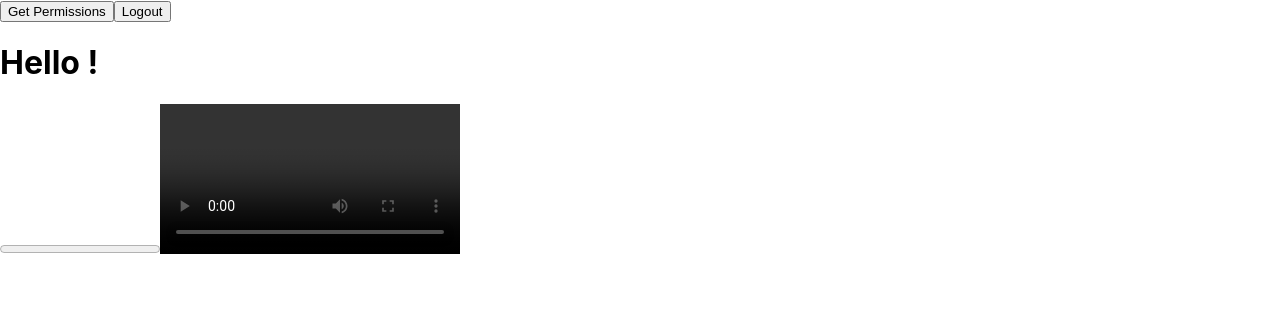
Repository: drumsmanku/test-1
Page: /recording (app in client/)
An editor plug-in stored every save of this project. The page is shown before and after the next save, followed by the edit.
The browser window is 1280 px wide. The pictures show the whole page.
The project was rebuilt for these pictures with package versions that can differ from the ones it lists, and the page was loaded fresh each time. Also part of the build but not shown: client/src/App.css, client/src/Components/Login/Login.module.css, client/src/Components/Login/Login.js, client/src/Components/Register/Register.module.css, client/src/Components/Register/Register.js, client/src/Components/Recording/Recording.module.css.

Above is the page before, as saved 2023-08-31 17:01:18.

### client/src/App.js
import './App.css';
import {BrowserRouter as Router, Route, Routes} from 'react-router-dom';
import Login from './Components/Login/Login';
import Register from './Components/Register/Register';
import Recording from './Components/Recording/Recording';

function App() {
  return (
    <div className="App">
      <Router>
        <Routes>
          <Route path='/' element={<Login/>}/>
          <Route path='/register' element={<Register/>}/>
          <Route path='/recording' element={<Recording/>}/>
        </Routes>
      </Router>
    </div>
  );
}

export default App;

### client/src/Components/Recording/Recording.js
import React from 'react';
import styles from './Recording.module.css';
import { useState, useEffect, useRef } from 'react';
import { useNavigate } from 'react-router-dom';
import axios from 'axios';

function Recording() {
  const [existingUser, setExistingUser]=useState(localStorage.getItem('user'))
  const navigate=useNavigate();
  const handleLogout=()=>{
    localStorage.removeItem('token');
    localStorage.removeItem('user');
    navigate('/')
  }
  const [startButton, setStartButton] = useState(false);
  const [mediaRecorder, setMediaRecorder] = useState(null);
  const chunksRef = useRef([]);
  const [progress, setProgress] = useState(0);


  const handlePermissions = async () => {
    try {
      const stream = await navigator.mediaDevices.getUserMedia({ audio: true, video: true });

      setStartButton(true);

      const newMediaRecorder = new MediaRecorder(stream);
      newMediaRecorder.ondataavailable = (evt) => {
        // push each chunk (blobs) in an array
        chunksRef.current.push(evt.data);
      };
      setMediaRecorder(newMediaRecorder);

      // POST request to start recording

    } catch (error) {
      console.error('Error during getting permissions', error);
    }
  };
  let intervalId;

  const startRecording = async() => {
    await axios.post('http://localhost:4000/recording/start', {
        videoPermission: true,
        audioPermission: true
      });
    mediaRecorder.start();
    let secondsRecorded = 0;

     intervalId = setInterval(() => {
      secondsRecorded += 1;
      setProgress(secondsRecorded);
    }, 1000);
  };

  const stopRecording = async () => {

    if (mediaRecorder) {

        mediaRecorder.stop();

        // Stops all tracks in the stream (audio and video in your case)
        mediaRecorder.stream.getTracks().forEach(track => track.stop());

        clearInterval(intervalId);
        setProgress(0);
        // POST request to stop recording
        await axios.post('http://localhost:4000/recording/stop');

        // Assemble the chunks into a Blob and create a URL for it
        const blob = new Blob(chunksRef.current, { type: 'video/webm' });
        const url = URL.createObjectURL(blob);

        // Get a reference to the video element (assuming its ID is 'videoPlayback')
        const videoElement = document.getElementById('videoPlayback');

        // Assign the video URL to the video element's source
        videoElement.src = url;

        // Clear the array of chunks
        chunksRef.current = [];

        // Set start button state to false
        setStartButton(false);
    }
  };


  return (
    <div>
      <button onClick={handlePermissions}>Get Permissions</button>
      {startButton &&
        <div>
          <button onClick={startRecording}>Start Recording</button>
          <button onClick={stopRecording}>Stop Recording</button>
        </div>
      }
      <button onClick={handleLogout}>Logout</button>
      <h1>Hello {existingUser} ! </h1>
      <progress value={progress} max="100" />
      <video id="videoPlayback" controls autoplay></video>

    </div>
  )
}

export default Recording

Loaded but not shown: client/public/index.html (common file); client/src/index.js (common file); client/src/index.css (common file)

After the next save:
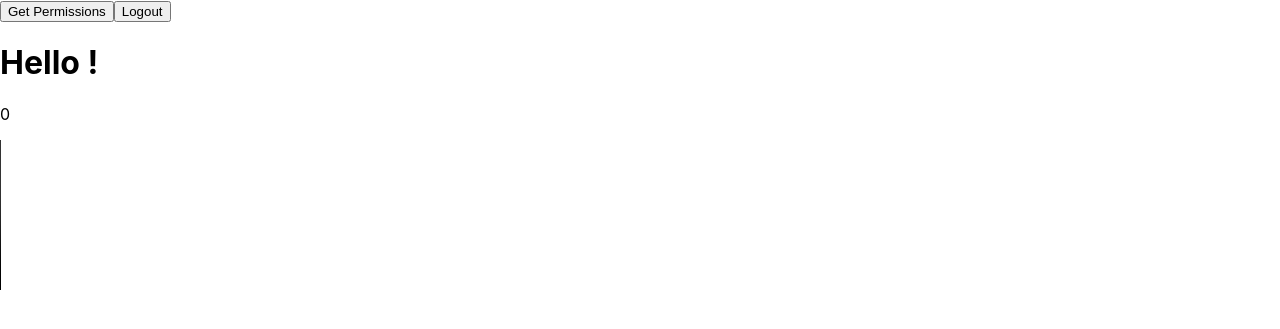
Saved 6 min 3 s later.
--- a/client/src/Components/Recording/Recording.js
+++ b/client/src/Components/Recording/Recording.js
@@ -97,7 +97,7 @@ function Recording() {
       }
       <button onClick={handleLogout}>Logout</button>
       <h1>Hello {existingUser} ! </h1>
-      <progress value={progress} max="100" />
+      <p>{progress}</p>
       <video id="videoPlayback" controls autoplay></video>
 
     </div>
